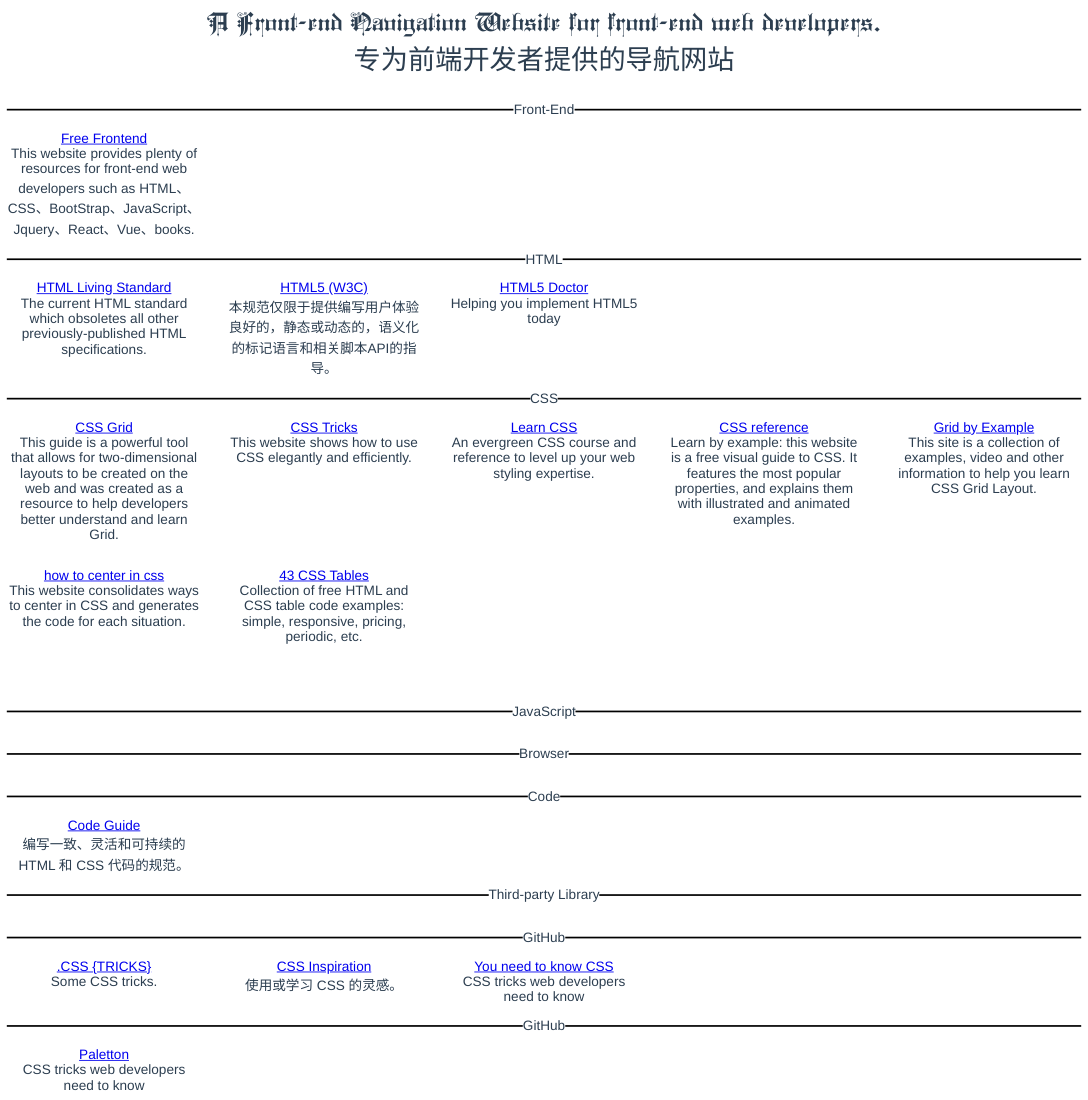
Repository: 321paranoiawhy/fenav.io
Page: /
These files come from the project's save history. The page is drawn as it stood at one moment and after a run of saves; the edit follows.
The browser window is 1280 px wide. The pictures show the whole page, at 85% of full size.
The project was rebuilt for these pictures with package versions that can differ from the ones it lists, and the page was loaded fresh each time. Also part of the build but not shown: vue.config.js.

Above is the page before, as saved 2022-04-06 01:01:06.

After the next 2 saves:
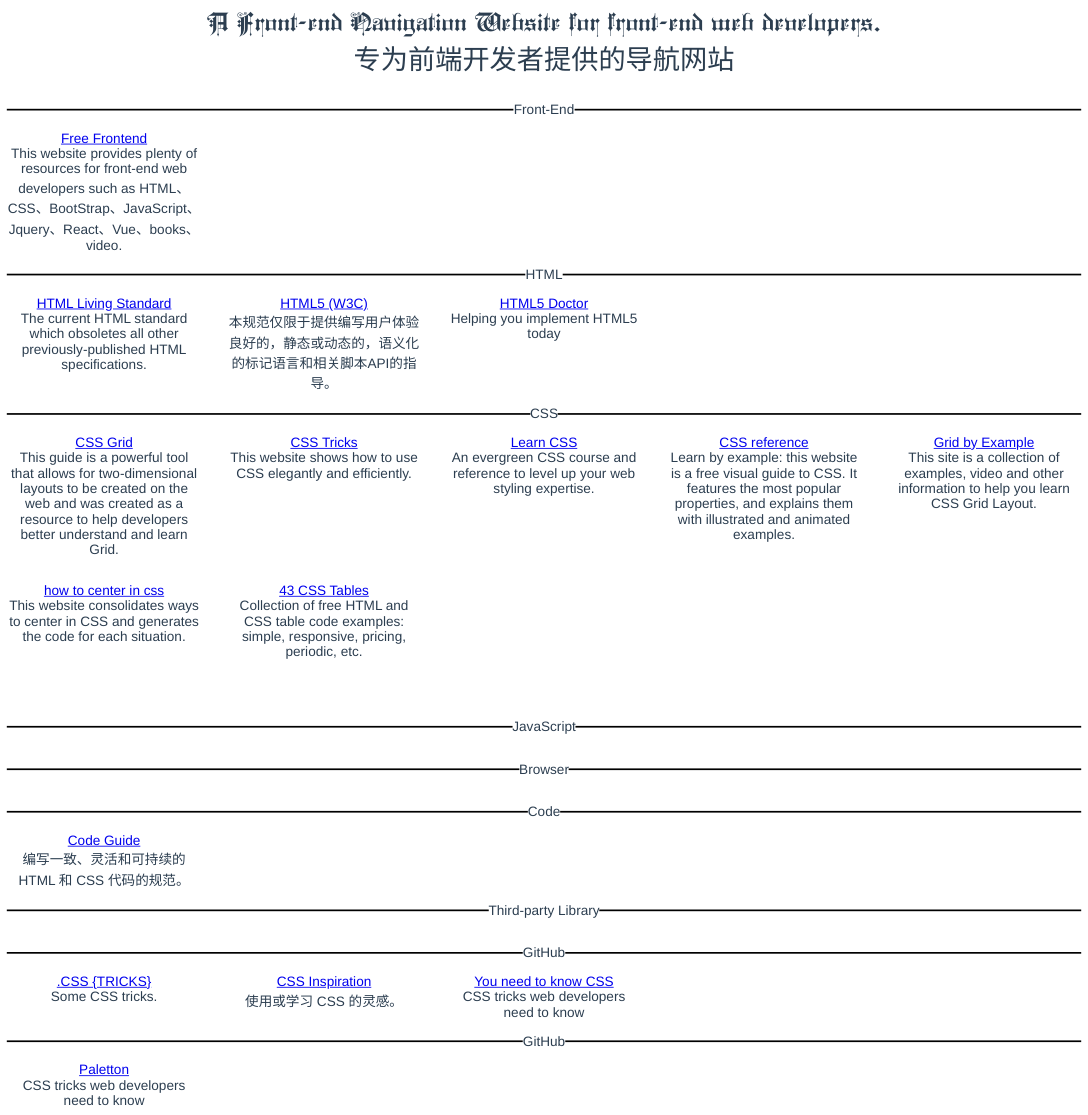
The 2 saves are shown as one change because they came seconds apart.
The last was saved 7 s later.
--- a/src/views/HomeView.vue
+++ b/src/views/HomeView.vue
@@ -11,7 +11,7 @@
                 >Free Frontend</a
             >
             <div class="description">
-                This website provides plenty of resources for front-end web developers such as HTML、CSS、BootStrap、JavaScript、Jquery、React、Vue、books.
+                This website provides plenty of resources for front-end web developers such as HTML、CSS、BootStrap、JavaScript、Jquery、React、Vue、books、video.
             </div>
         </div>
     </div>
